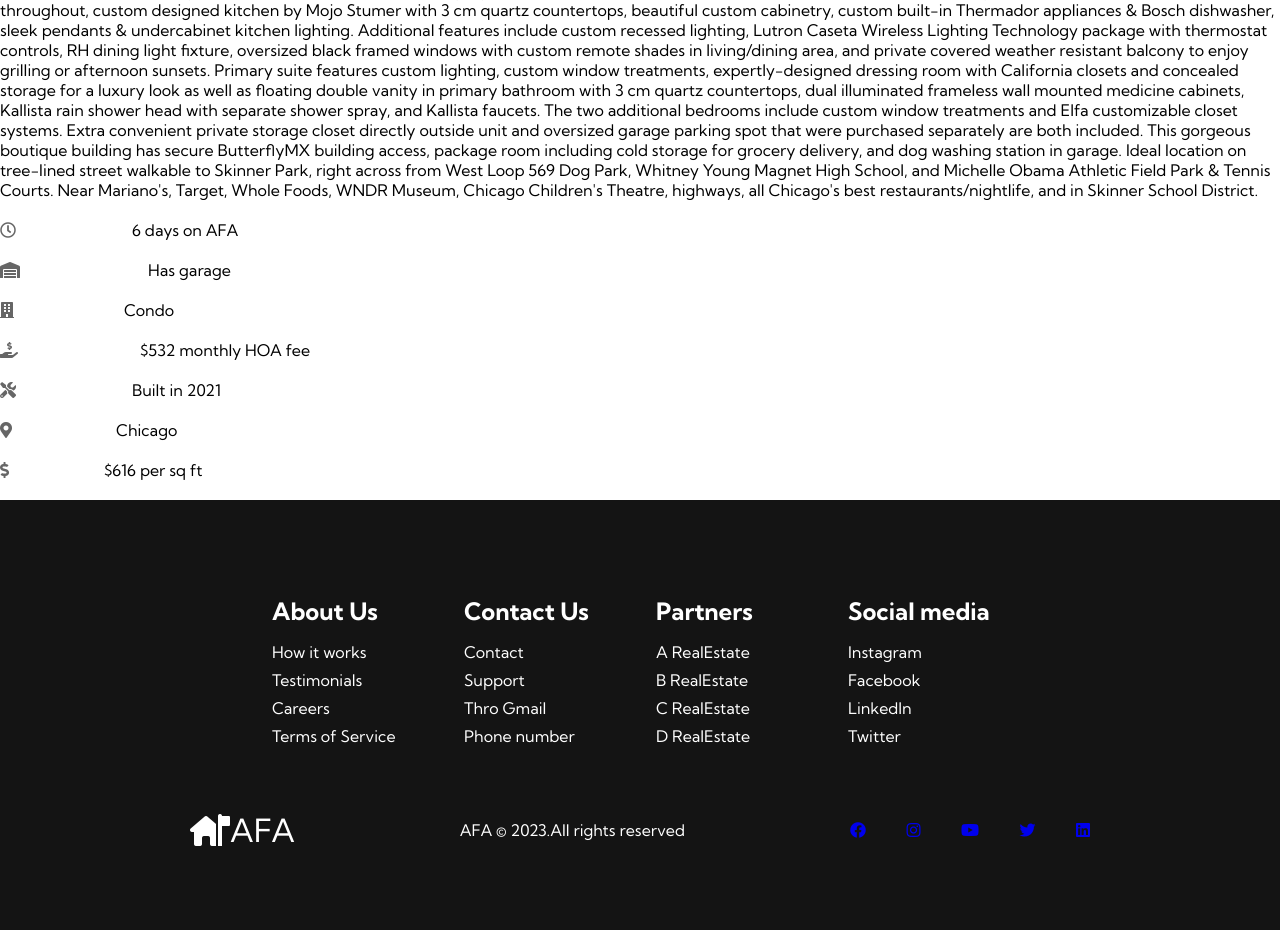
Repository: MrAllin1/ProgWWW_23_Gr1
Page: pages/Apartment1.html
These files come from the project's save history. The page is drawn as it stood at one moment and after the next save; the edit follows.
The browser window is 1280 px wide. The pictures show the part of the page from y = 709 to 1639 px (the page is 1639 px tall).
A picture or video elsewhere on the page could not be fetched, so the positions and the page height are approximate. Some web libraries are served in a nearby version.

Above is the page before, as saved 2024-01-11 02:18:34.

After the next save:
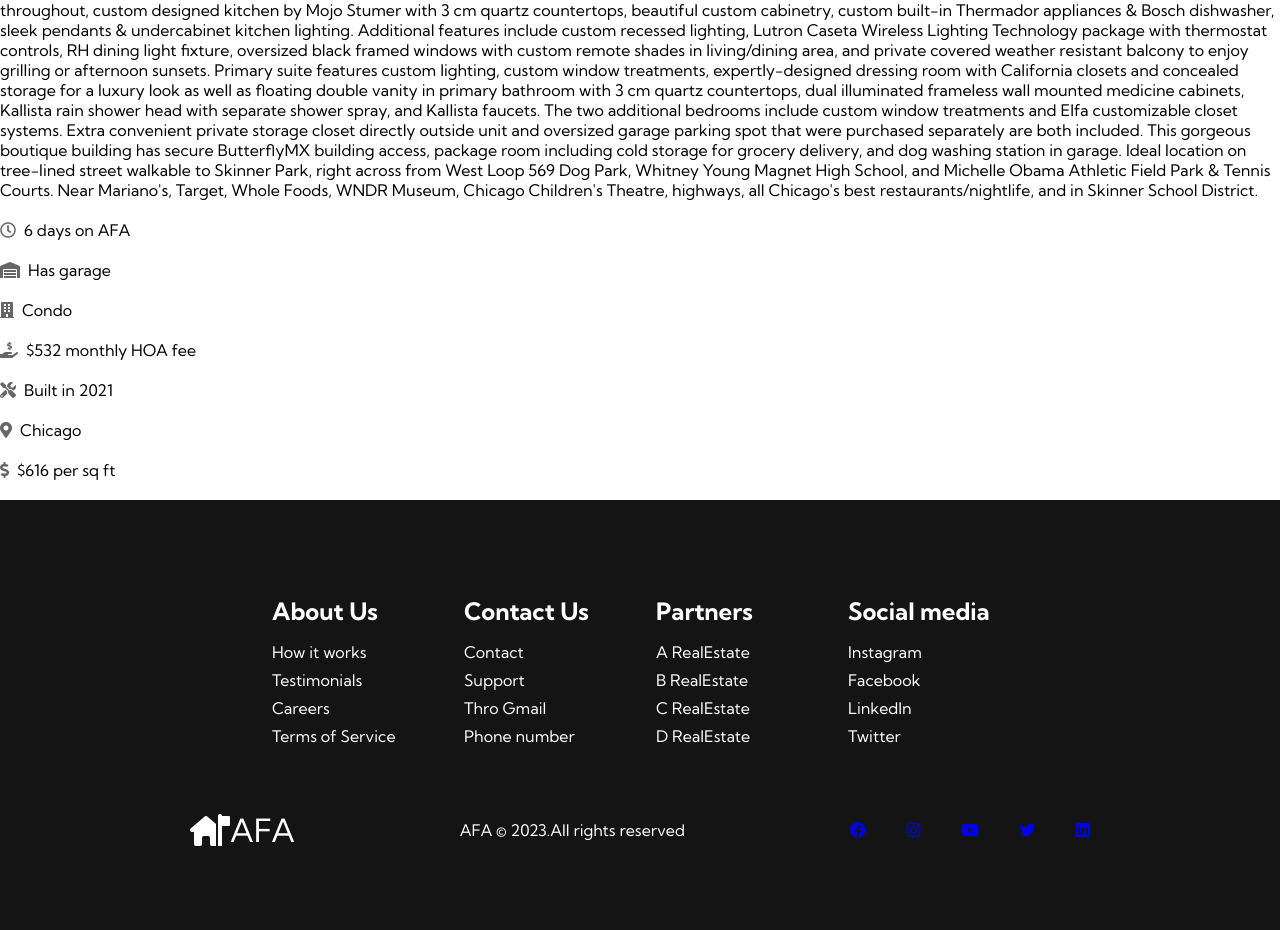
Saved 13 s later.
--- a/pages/stylesForHouse.css
+++ b/pages/stylesForHouse.css
@@ -328,12 +328,6 @@
   .feature i {
     margin-right: 8px; /* space between icon and text */
     color: #666666; /* icon color */
-    column-count:3;
-    column-gap:20px;
-    column-rule:5px outset #ff00ff;
-    -webkit-column-count:4;
-    -moz-column-gap:20px;
-    -ms-column-rule:5px outset #ff00ff;
   }
 .services_card {
     margin: 1rem;
